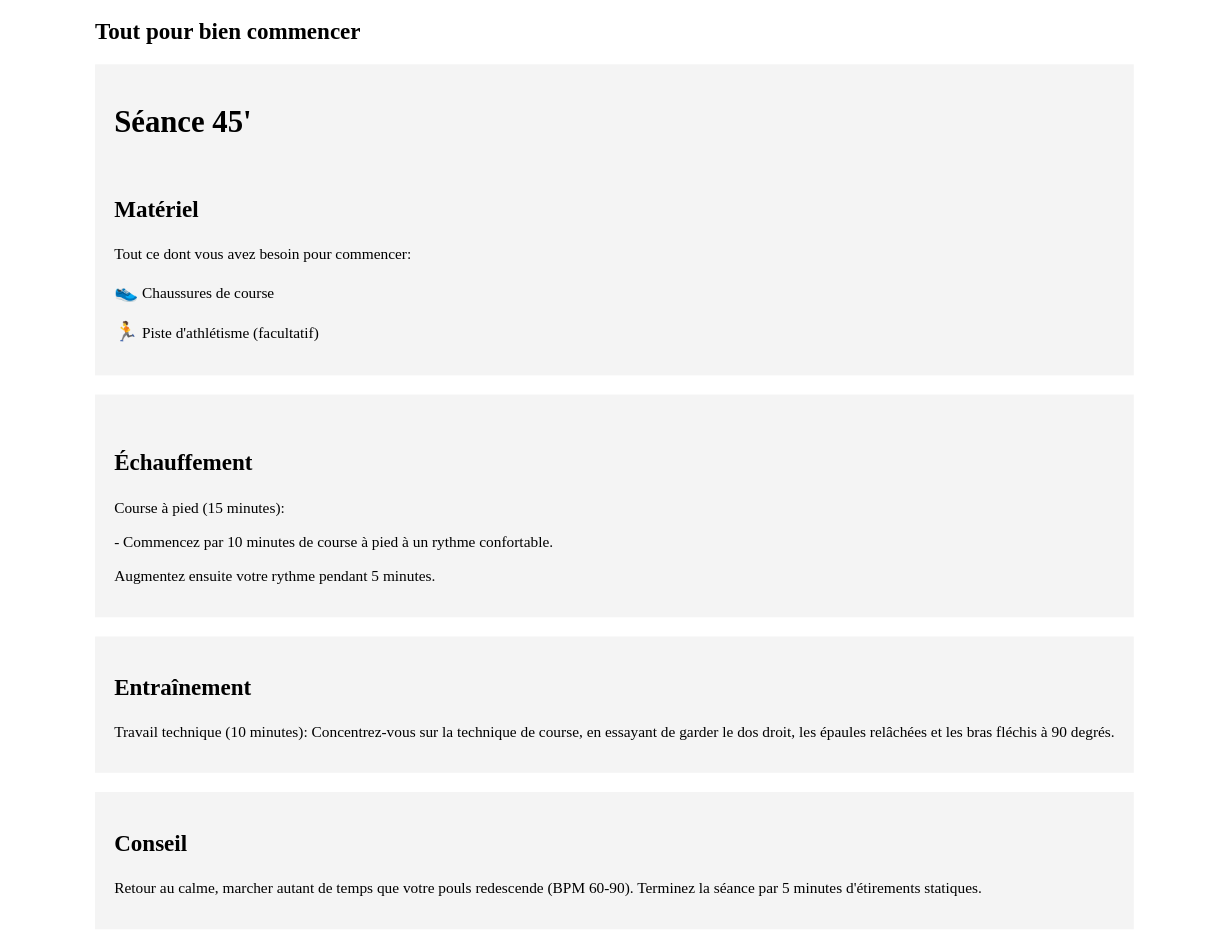
Repository: AdilGHAZAL/MosaiqueWebdoc
Page: /
The author's editor kept a copy of each file at every save. The page is drawn from the files as they stood at one save, then again after the next save.
The browser window is 1280 px wide. The pictures show the whole page, at 96% of full size.
Some web fonts or font styles are not loaded; a fallback is used. The project was rebuilt for these pictures with package versions that can differ from the ones it lists, and the page was loaded fresh each time. Also part of the build but not shown: vite.config.js, src/App.css, src/components/Navbar.css, src/components/Navbar.jsx, src/components/Athletes.css, src/components/Athletes.jsx, src/components/Athletes2.jsx, src/components/Athletes3.jsx and 18 more.

Above is the page before, as saved 2024-05-02 16:13:30.

After the next save:
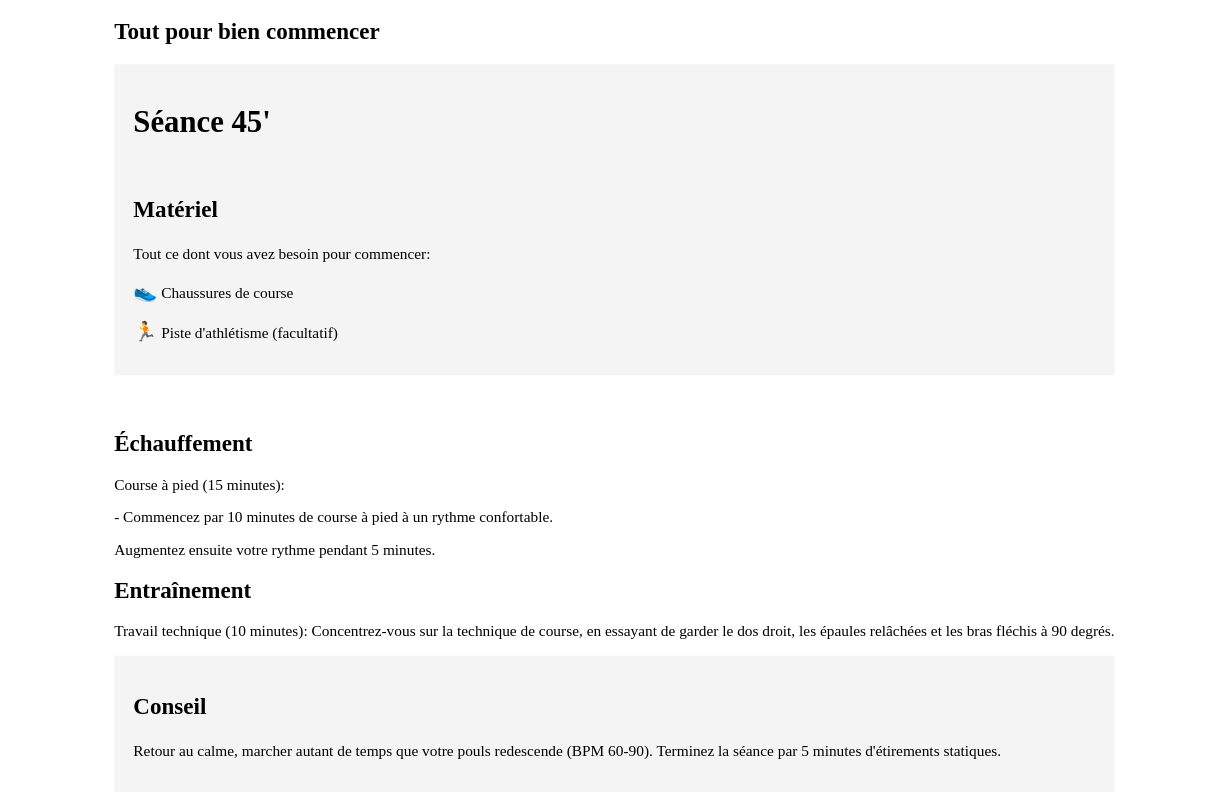
Saved 65 s later.
--- a/src/TrainingPage.jsx
+++ b/src/TrainingPage.jsx
@@ -18,7 +18,7 @@
         <p><span className="icon">&#127939;</span> Piste d'athlétisme (facultatif)</p>
       </div>
 
-      <div className="section warm-up">
+      <div className="sectionWarm-up">
         <img src="" alt="" />
         <h2>Échauffement</h2>
         <p>Course à pied (15 minutes):
@@ -29,7 +29,7 @@
         </p>
       </div>
 
-      <div className="section training">
+      <div className="sectionWarm-up">
         <h2>Entraînement</h2>
         <p>Travail technique (10 minutes): Concentrez-vous sur la technique de course, en essayant de garder le dos droit, les épaules relâchées et les bras fléchis à 90 degrés.</p>
       </div>

After the save that followed:
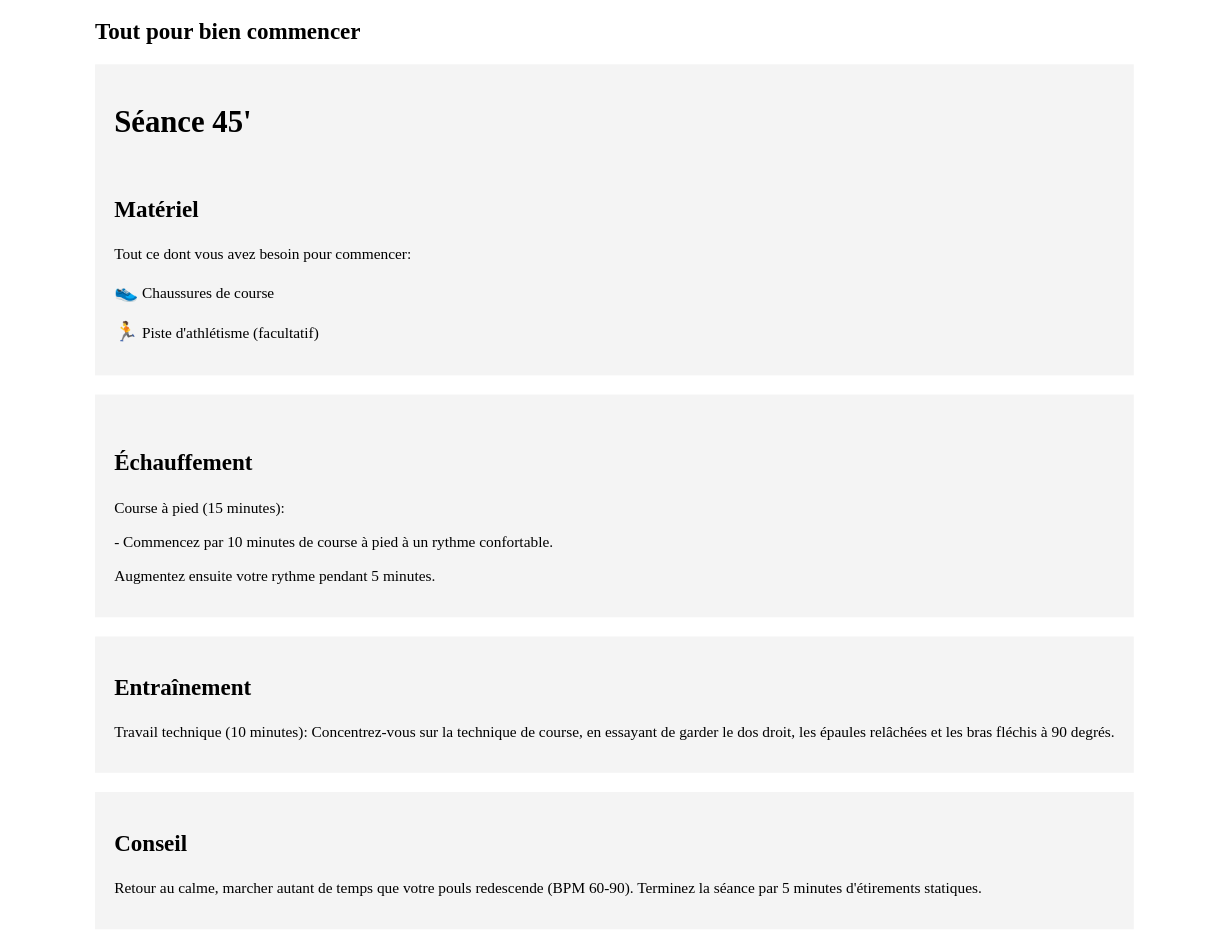
Saved 66 s later.
--- a/src/TrainingPage.jsx
+++ b/src/TrainingPage.jsx
@@ -18,18 +18,20 @@
         <p><span className="icon">&#127939;</span> Piste d'athlétisme (facultatif)</p>
       </div>
 
-      <div className="sectionWarm-up">
+      <div className="section warm-up">
         <img src="" alt="" />
         <h2>Échauffement</h2>
+        <span>
         <p>Course à pied (15 minutes):
           <p>
           - Commencez par 10 minutes de course à pied à un rythme confortable.
           </p>
           <p>Augmentez ensuite votre rythme pendant 5 minutes.</p>
         </p>
+        </span>
       </div>
 
-      <div className="sectionWarm-up">
+      <div className="section training">
         <h2>Entraînement</h2>
         <p>Travail technique (10 minutes): Concentrez-vous sur la technique de course, en essayant de garder le dos droit, les épaules relâchées et les bras fléchis à 90 degrés.</p>
       </div>
